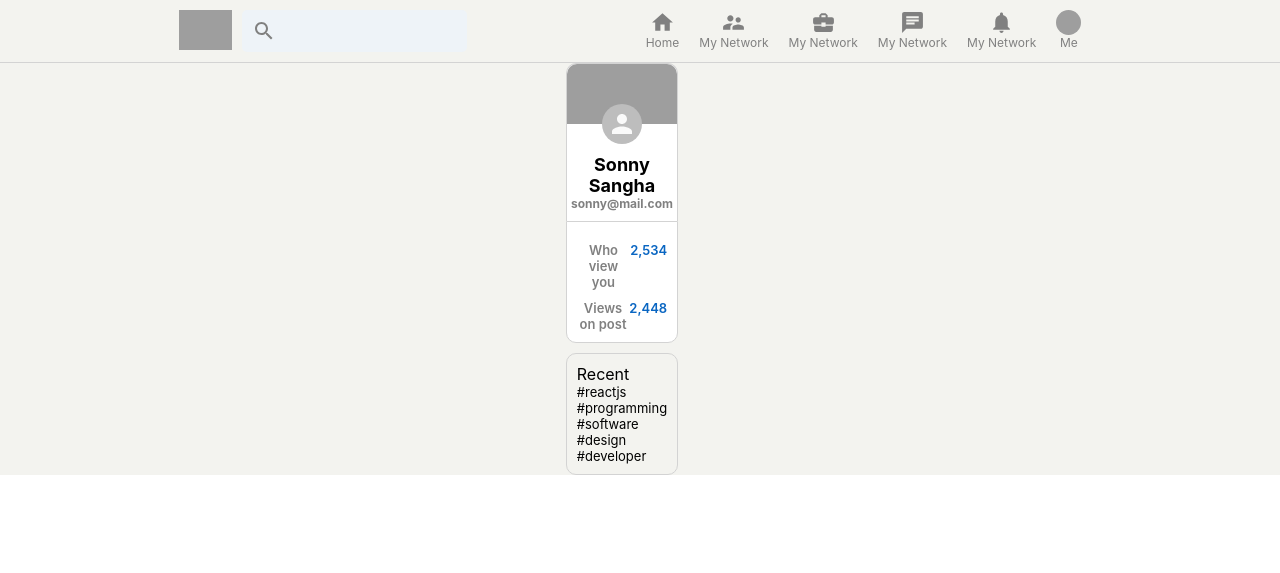
Repository: joaogamarra/linkedin-clone
Page: /
An editor plug-in stored every save of this project. The page is shown before and after the next save, followed by the edit.
The browser window is 1280 px wide. The pictures show the whole page.
Pictures or frames that could not be fetched are drawn as grey boxes. The project was rebuilt for these pictures with package versions that can differ from the ones it lists, and the page was loaded fresh each time.

Above is the page before, as saved 2021-02-18 23:21:36.

### src/index.js
import React from 'react'
import ReactDOM from 'react-dom'
import './index.css'
import App from './App'

ReactDOM.render(
	<React.StrictMode>
		<App />
	</React.StrictMode>,
	document.getElementById('root')
)

### src/index.css
* {
	margin: 0;
}

body {
	margin: 0;
	font-family: -apple-system, BlinkMacSystemFont, 'Segoe UI', 'Roboto', 'Oxygen', 'Ubuntu', 'Cantarell',
		'Fira Sans', 'Droid Sans', 'Helvetica Neue', sans-serif;
	-webkit-font-smoothing: antialiased;
	-moz-osx-font-smoothing: grayscale;
}

code {
	font-family: source-code-pro, Menlo, Monaco, Consolas, 'Courier New', monospace;
}

### src/App.js
import './App.css'
import Header from './components/header/Header'
import Sidebar from './components/sidebar/Sidebar'

function App() {
	return (
		<div className='App'>
			<Header />
			<div className='app__body'>
				<Sidebar />
			</div>
		</div>
	)
}

export default App

### src/App.css
.App {
	background-color: #f3f3ef;
	display: flex;
	flex-direction: column;
	align-items: center;
}

.app__body {
	display: flex;
}

### src/components/header/Header.js
import './Header.css'
import HeaderOption from './HeaderOption'
import SearchIcon from '@material-ui/icons/Search'
import HomeIcon from '@material-ui/icons/Home'
import SupervisorAccountIcon from '@material-ui/icons/SupervisorAccount'
import BusinessCenterIcon from '@material-ui/icons/BusinessCenter'
import ChatIcon from '@material-ui/icons/Chat'
import NotificationsIcon from '@material-ui/icons/Notifications'

const Header = () => {
	return (
		<div className='header'>
			<div className='header__left'>
				<img src='https://www.flaticon.com/svg/static/icons/svg/174/174857.svg' alt='' />

				<div className='header__search'>
					<SearchIcon />
					<input type='text' />
				</div>
			</div>
			<div className='header__right'>
				<HeaderOption Icon={HomeIcon} title='Home' />
				<HeaderOption Icon={SupervisorAccountIcon} title='My Network' />
				<HeaderOption Icon={BusinessCenterIcon} title='My Network' />
				<HeaderOption Icon={ChatIcon} title='My Network' />
				<HeaderOption Icon={NotificationsIcon} title='My Network' />
				<HeaderOption
					avatar='https://compassionate-leakey-e9b16b.netlify.app/images/IG_Sonny.jpeg'
					title='Me'
				/>
			</div>
		</div>
	)
}

export default Header

### src/components/sidebar/Sidebar.js
import './Sidebar.css'
import { Avatar } from '@material-ui/core'

const Sidebar = () => {
	const recentItem = (topic) => (
		<div className='sidebar__recentItem'>
			<span className='sidebar__hash'>#</span>
			<p>{topic}</p>
		</div>
	)

	return (
		<div className='sidebar'>
			<div className='sidebar__top'>
				<img
					src='https://images.unsplash.com/photo-1579546929518-9e396f3cc809?ixid=MXwxMjA3fDB8MHxwaG90by1wYWdlfHx8fGVufDB8fHw%3D&ixlib=rb-1.2.1&auto=format&fit=crop&w=1350&q=80'
					alt=''
				/>
				<Avatar className='sidebar__avatar' />
				<h2>Sonny Sangha</h2>
				<h4>sonny@mail.com</h4>
			</div>

			<div className='sidebar__stats'>
				<div className='sidebar__stat'>
					<p>Who view you</p>
					<p className='sidebar__statNumber'>2,534</p>
				</div>
				<div className='sidebar__stat'>
					<p>Views on post</p>
					<p className='sidebar__statNumber'>2,448</p>
				</div>
			</div>

			<div className='sidebar__bottom'>
				<p>Recent</p>
				{recentItem('reactjs')}
				{recentItem('programming')}
				{recentItem('software')}
				{recentItem('design')}
				{recentItem('developer')}
			</div>
		</div>
	)
}

export default Sidebar

### src/components/header/Header.css
.header {
	position: sticky;
	top: 0;
	display: flex;
	justify-content: space-evenly;
	padding: 10px 0;
	width: 100%;
	border-bottom: 0.1px solid lightgray;
	z-index: 30;
}

.header__left {
	display: flex;
}

.header__left > img {
	object-fit: contain;
	height: 40px;
	margin-right: 10px;
}

.header__search {
	padding: 10px;
	display: flex;
	align-items: center;
	border-radius: 5px;
	height: 22px;
	color: gray;
	background-color: #eef3f8;
}

.header__search > input {
	outline: none;
	border: none;
	background: none;
}

.header__right {
	display: flex;
}

### src/components/header/HeaderOption.js
import './HeaderOption.css'
import { Avatar } from '@material-ui/core'

const HeaderOption = ({ avatar, Icon, title }) => {
	return (
		<div className='headerOption'>
			{Icon && <Icon className='headerOption__icon' />}
			{avatar && <Avatar className='headerOption__icon' src={avatar} />}
			<h3 className='headerOption__title'>{title}</h3>
		</div>
	)
}

export default HeaderOption

### src/components/sidebar/Sidebar.css
.sidebar {
	position: sticky;
	flex: 0.2;
	top: 80px;
	height: fit-content;
	border-radius: 10px;
	text-align: center;
}

.sidebar__avatar {
	margin-bottom: 10px;
}

.sidebar__top > h4 {
	color: gray;
	font-size: 12px;
}

.sidebar__top > h2 {
	font-size: 18px;
}

.sidebar__top {
	display: flex;
	flex-direction: column;
	align-items: center;
	border: 1px solid lightgray;
	border-bottom: 0;
	border-top-left-radius: 10px;
	border-top-right-radius: 10px;
	background-color: white;
	padding-bottom: 10px;
}

.sidebar__top > img {
	margin-bottom: -20px;
	width: 100%;
	height: 60px;
	border-top-left-radius: 10px;
	border-top-right-radius: 10px;
}
.sidebar__stats {
	padding: 10px;
	margin-bottom: 10px;
	border: 1px solid lightgray;
	border-bottom-left-radius: 10px;
	border-bottom-right-radius: 10px;
	background-color: white;
}

.sidebar__stat {
	margin-top: 10px;
	display: flex;
	justify-content: space-between;
}

.sidebar__stat > p {
	color: gray;
	font-size: 13px;
	font-weight: 600;
}

.sidebar__statNumber {
	font-weight: bold;
	color: #0a66c2 !important;
}

.sidebar__bottom {
	text-align: left;
	padding: 10px;
	border: 1px solid lightgray;
	border-radius: 10px;
	margin-top: 10px;
}

.sidebar__recentItem {
	display: flex;
	font-size: 13px;
}

### src/components/header/HeaderOption.css
.headerOption {
	display: flex;
	flex-direction: column;
	align-items: center;
	margin-right: 20px;
	color: gray;
	cursor: pointer;
}

.headerOption:hover {
	color: black;
}

.headerOption__title {
	font-size: 12px;
	font-weight: 400;
}

.headerOption__icon {
	object-fit: contain;
	height: 25px !important;
	width: 25px !important;
}

Loaded but not shown: public/index.html (common file)

After the next save:
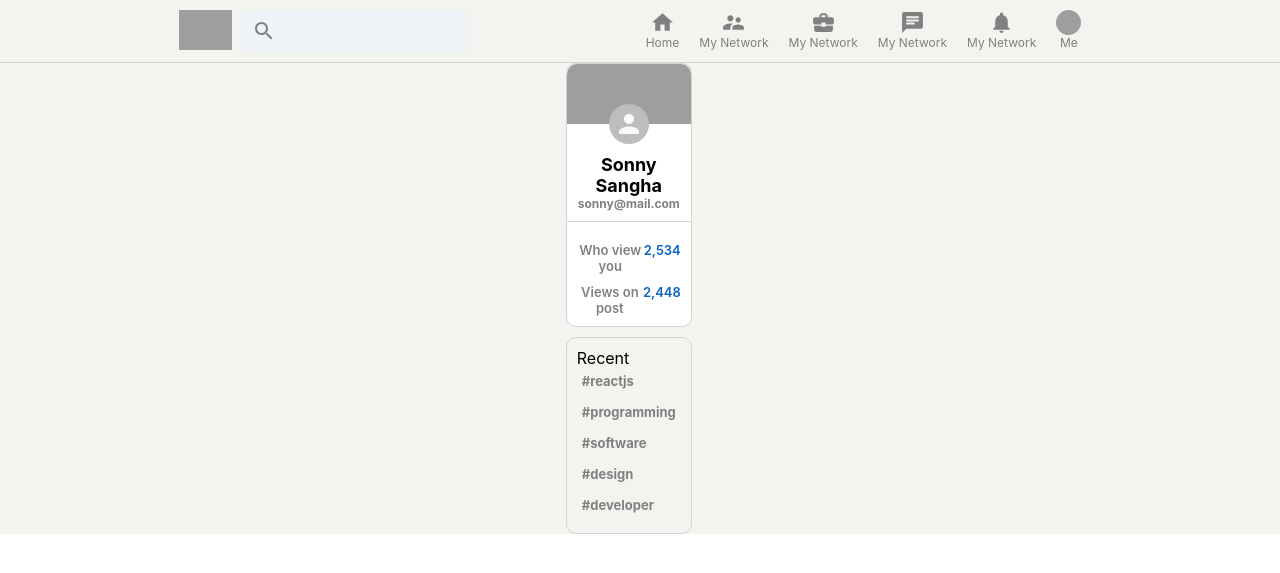
Saved 10 min 1 s later.
--- a/src/components/sidebar/Sidebar.css
+++ b/src/components/sidebar/Sidebar.css
@@ -76,4 +76,9 @@
 .sidebar__recentItem {
 	display: flex;
 	font-size: 13px;
+	color: gray;
+	font-weight: bolder;
+	cursor: pointer;
+	margin-bottom: 5px;
+	padding: 5px;
 }
